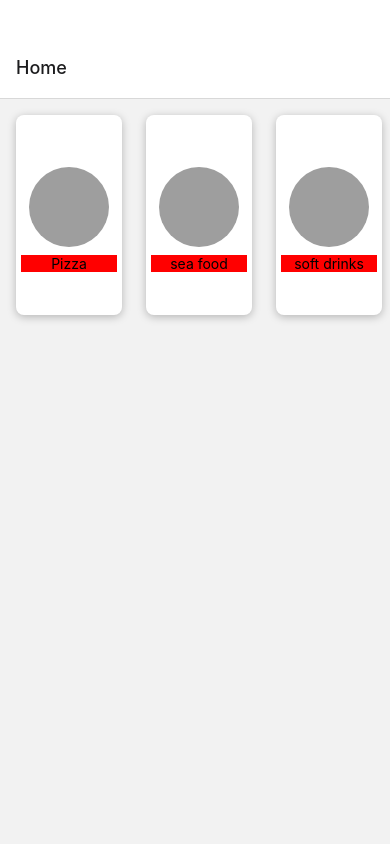
Repository: Esraa22M/ReactNative
Screen: /
An editor plug-in stored every save of this project. The screen is shown before and after the next save, followed by the edit.
Pictures or frames that could not be fetched are drawn as grey boxes. The app was drawn by React Native's web renderer in a window 390 px wide. The project was rebuilt for these pictures with package versions that can differ from the ones it lists, and the page was loaded fresh each time. Also part of the build but not shown: src/components/header/header.component.js, src/colors/front-screen-colors/user-auth-colors.js, src/components/header/header.styles.js, src/components/textInput/textInput.styles.js, src/components/textInput/textInput.components.jsx, src/components/singup-form-body/singup-form-body.components.js, src/screens/front-screen/Singup/singup-screen.screens.jsx, src/authentication/api/login-info.js and 2 more.

Above is the screen before, as saved 2023-09-21 00:51:52.

### App.js
import { SafeAreaView } from "react-native";
import { singupStyles } from "./src/screens/front-screen/Singup/singup-screen.styles";
import { Singup } from "./src/screens/front-screen/Singup/singup-screen.screens";
import UserCard from "./src/screens/front-screen/user-card/user-card.screens";
import { NavigationContainer } from "@react-navigation/native";
import { createStackNavigator } from "@react-navigation/stack";
import { Home } from "./src/screens/front-screen/home/home.screens";
const Stack = createStackNavigator();
export default function App() {
  return (
    <SafeAreaView style={singupStyles.container}>
      {/* <UserCard /> */}
      <NavigationContainer>
        <Stack.Navigator>
          <Stack.Screen name="Home" component={Home} />
        </Stack.Navigator>
      </NavigationContainer>
    </SafeAreaView>
  );
}

### src/screens/front-screen/Singup/singup-screen.styles.jsx
import { StyleSheet } from "react-native";
export const singupStyles = StyleSheet.create({
  container: { flex: 1, marginTop: 35 },
});

### src/screens/front-screen/home/home.screens.js
import { View, Text } from "react-native";
import { Categories } from "../../../components/categories/categories.components";
export const Home = () => {
  return (
    <>
      <Categories />
    </>
  );
};

### src/components/categories/categories.components.js
import { categories } from "../../data/dummay__data";
import { FlatList } from "react-native";
import { CategoryItem } from "./category-item.components";
export const Categories = () => {
  function renderCategoryItem(itemData) {
    return <CategoryItem item={itemData.item} />;
  }
  return (
    <FlatList
      numColumns={3}
      data={categories}
      renderItem={renderCategoryItem}
      keyExtractor={(item) => item.id}
    />
  );
};

### src/data/dummay__data.js
import { Category } from "../modal/category.modals";
export const categories = [
  new Category(
    "1pizza",
    "Pizza",
    "https://img.freepik.com/free-vector/flying-slice-pizza-cartoon-vector-illustration-fast-food-concept-isolated-vector-flat-cartoon-style_138676-1934.jpg?w=740&t=st=1695067102~exp=1695067702~hmac=7d47136b0dff2be87480dc1a22a28658daa67f706d90b59d117303a312dc6c16"
  ),
  new Category(
    "sea_food2",
    "sea food",
    "https://img.freepik.com/free-vector/seafood-products-set_98292-1624.jpg?w=740&t=st=1695067277~exp=1695067877~hmac=62082bdd900b5c830349f2bb8f3cd3466fcfb5395c4f24459194aeaeb256cb2c"
  ),
  new Category(
    "3softDrinks",
    "soft drinks",
    "https://img.freepik.com/free-vector/soda-cups-drink_24877-57922.jpg?w=740&t=st=1695067422~exp=1695068022~hmac=60b80d144880f8a8413a85c867ecfc35a38170c71354acfc84aa5b82ae30d594"
  ),
];

### src/components/categories/category-item.components.js
import { View, Text, Image, StyleSheet, Pressable } from "react-native";
import { HomeColors } from "../../colors/front-screen-colors/home-colors";
export const CategoryItem = ({ item }) => {
  const { name, image } = item;
  console.log(item);
  return (
    <View style={styles.container}>
      <Pressable>
        <Image source={{ uri: image }} style={styles.image} />
        <Text style={styles.categoryName}>{name}</Text>
      </Pressable>
    </View>
  );
};
const styles = StyleSheet.create({
  container: {
    flex: 1,
    height: 200,
    justifyContent: "center",
    backgroundColor: HomeColors.LIGHT_COLOR,
    alignItems: "center",
    shadowColor: "black",
    shadowOpacity: 0.25,
    shadowOffset: { width: 0, height: 2 },
    shadowRadius: 8,
    marginVertical: 16,
    marginLeft: 16,
    marginRight: 8,
    elevation: 4,
    alignItems: "center",
    borderRadius: 8,
  },
  image: {
    width: 80,
    height: 80,
    borderRadius: 80 / 2,
    margin: 8,
  },
  categoryName: { backgroundColor: "red", textAlign: "center" },
});

### src/modal/category.modals.js
export class Category {
  constructor(id, name, image) {
    this.id = id;
    this.name = name;
    this.image = image;
  }
}

### src/colors/front-screen-colors/home-colors.js
export const HomeColors = { LIGHT_COLOR: "white", ACTIVE_COLOR: "#FFBF00" };

After the next save:
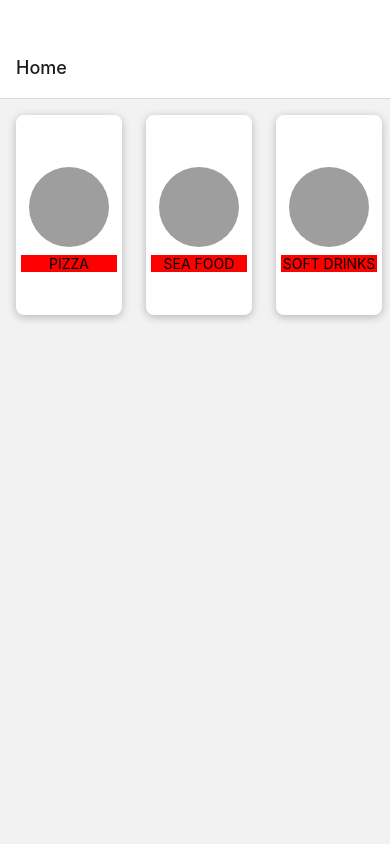
Saved 28 s later.
--- a/src/components/categories/category-item.components.js
+++ b/src/components/categories/category-item.components.js
@@ -36,5 +36,9 @@ const styles = StyleSheet.create({
     borderRadius: 80 / 2,
     margin: 8,
   },
-  categoryName: { backgroundColor: "red", textAlign: "center" },
+  categoryName: {
+    backgroundColor: "red",
+    textAlign: "center",
+    textTransform: "uppercase",
+  },
 });
